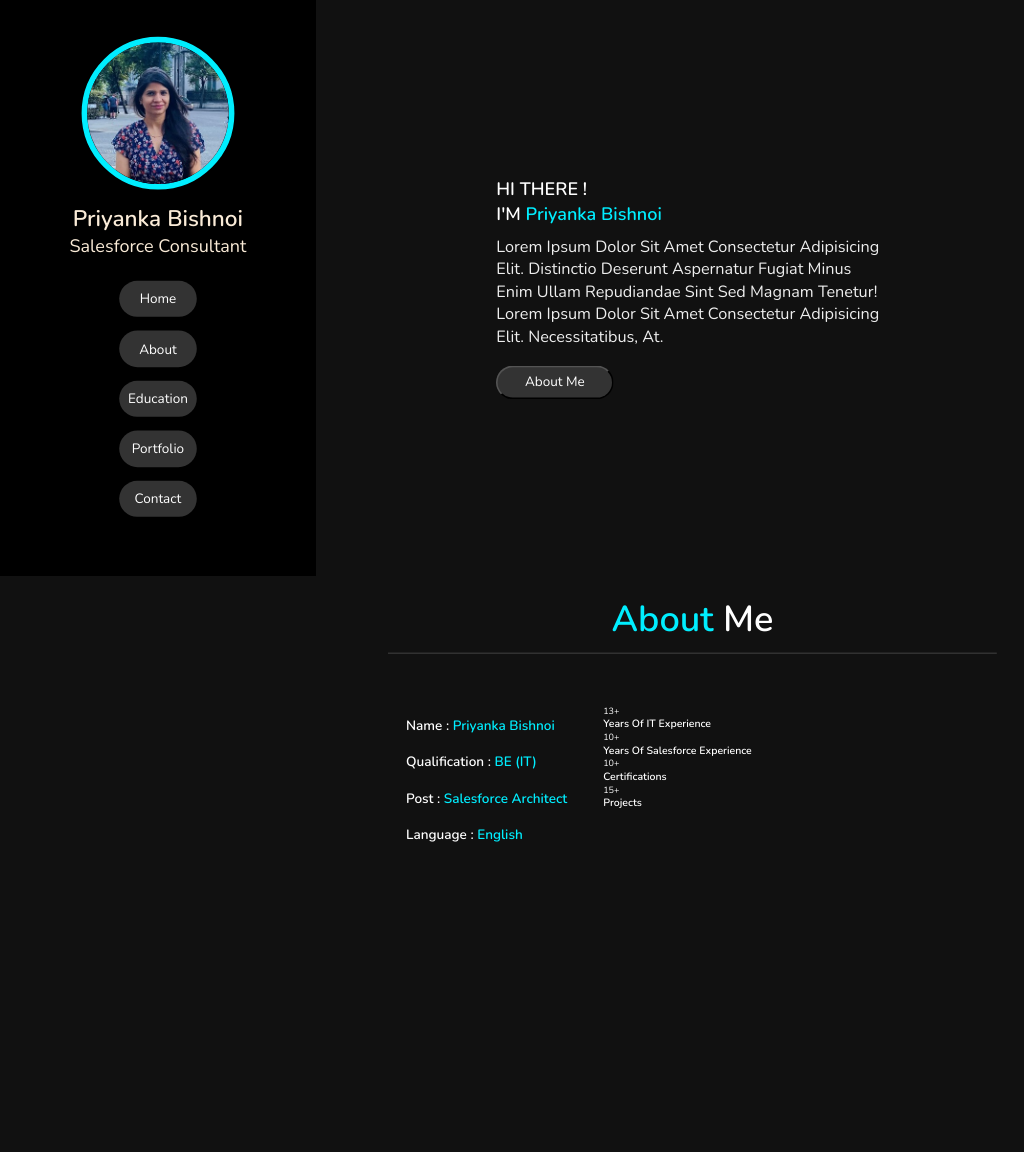
Repository: priyanka-bishnoi/PortfolioPage
Page: MyPage.html
An editor plug-in stored every save of this project. The page is shown before and after the next save, followed by the edit.
The browser window is 1280 px wide. The pictures show the whole page, at 80% of full size.

Above is the page before, as saved 2022-10-08 23:04:30.

### MyPage.html
<!DOCTYPE html>
<html>
<head>
    <link rel="stylesheet" href="css/style.css">

</head>
<body>
<header>
    <div class= "user">
        <img src="Background1.jpg"/>
        <h1 class="name" >Priyanka Bishnoi</h1>
        <p class="post" >Salesforce Consultant</p>
    </div>

    <nav class="navBar">
        <ul>
            <li> <a href="#home">Home</a></li>
            <li> <a href="#about">About</a></li>
            <li> <a href="#education">Education</a></li>
            <li> <a href="#portfolio">Portfolio</a></li>
            <li> <a href="#contact">Contact</a></li>

        </ul>


    </nav>


</header>

<!-- Home-->

<section class="home" id="home">

    <h3>HI THERE !</h3>
    <h1>I'M <span>Priyanka Bishnoi</span></h1>
    <p>Lorem ipsum dolor sit amet consectetur adipisicing elit. Distinctio deserunt aspernatur fugiat minus enim ullam repudiandae sint sed magnam tenetur! Lorem ipsum dolor sit amet consectetur adipisicing elit. Necessitatibus, at.
    </p>
    <a href="#about"><button class="btn">about me </button></a>


</section>

<section class="about" id="about">
<h1 class="heading"> <span>About </span>Me</h1>

<div class="row">
    <div class="info">
        <h3>  name : <span> priyanka bishnoi </span></h3>
        <h3> qualification :  <span> BE (IT) </span> </h3>
        <h3>  post : <span>Salesforce Architect </span>  </h3>
        <h3> language :<span> English  </span>  </h3>
    </div>

    <div class="counter">
        <div class="box">
            <span>13+</span>
            <h3>years of IT experience</h3>
        </div>

        <div class="box">
            <span>10+</span>
            <h3>years of Salesforce Experience</h3>
        </div>

        <div class="box">
            <span>10+</span>
            <h3>Certifications</h3>
        </div>

        <div class="box">
            <span>15+</span>
            <h3>Projects</h3>
        </div>
    </div>
</div>



</section>

</body>
</html>

### css/style.css
@import url('https://fonts.googleapis.com/css2?family=Nunito:wght@200;300;400;600&display=swap');
:root{
    --orange:rgb(0, 238, 255);
}
*{
    font-family: 'Nunito', sans-serif;
    margin:0;
    padding:0;
    box-sizing:border-box;
    text-decoration:none;
    text-transform:capitalize;
    transition:all .2s linear;
}
html {
    font-size:70.5%;
    overflow-x:hidden;
}
body{
    background:#111;
    overflow-x: hidden;
    padding-left: 40rem;
}

section{
    min-height: 100vh;
    padding:1rem;
}

.btn{
    padding:.7rem 3rem;
    background:#333;
    color:#fff;
    cursor: pointer;
    margin-top: 1rem;
    font-size: 1.5rem;
    border-radius: 5rem;
}

.btn:hover{
    background:var(--orange);
}

.heading{
    text-align: center;
    margin:0 2rem;
    font-size: 4rem;
    padding:1rem;
    border-bottom: .1rem solid #fff4;
    color:#fff;
}

.heading span{
    color:var(--orange);
}

header {
    position:fixed;
    top:0; left:0;
    z-index:1000;
    height:100%;
    width:35rem;
    background:black;
    display:flex;
    align-items: center;
    justify-content: center;
    flex-flow: column;
    text-align: center;
}

header .user img {
    height: 17rem;
    width: 17rem;
    border-radius: 50%;
    object-fit: cover;
    margin-bottom: 1rem;
    border: 0.7rem solid var(--orange);
}
header .user .name {
    font-size: 2.5rem;
    color: antiquewhite;
}
header .user .post{
    font-size: 2rem;
    color: antiquewhite;
}

header .navBar {
    font-size : 2rem;
}
header .navBar ul{
    list-style: none;
    padding:1rem 2rem;
}
header .navBar ul li a{
    display: block;
    padding:1rem;
    margin:1.5rem 0;
    background:#333;
    color:#fff;
    font-size: 1.5rem;
    border-radius: 5rem;
}

header .navBar ul li a:hover{
    background:rgb(0, 238, 255);
}


.home{
    display: flex;
    justify-content: center;
    flex-flow: column;
    padding:0 15rem;
}

.home h3{
    font-size: 2rem;
    color:#fff;
}

.home h1{
    font-size:2rem;
    color:#fff;
}

.home h1 span{
    color:var(--orange);
}

.home p{
    font-size:1.8rem;
    color:#eee;
    padding: 1rem 0;
}

.about {
 color:white;
}
.about .row {
    display: flex;
    justify-content: flex-start;
    flex-wrap: nowrap;
    padding: 1rem 0;
    flex-direction: row;
    align-content: space-around;
    align-items: center;
}
.about .row .info {

    display: block;
    justify-content: center;
    padding-left: 1rem;
    padding-top: 5rem;
    padding-right: 1rem;
    margin: 0 1rem;
    font-size: 1.5rem;

}
.about h3 span{
    color:var(--orange);
}
.about .row .info h3 {

    display: block;
    justify-content: center;
    padding: 1rem;
    margin: 0 1rem;
    font-size: 1.5rem;

}
.about .row .counter{
    display :block;
}

After the next save:
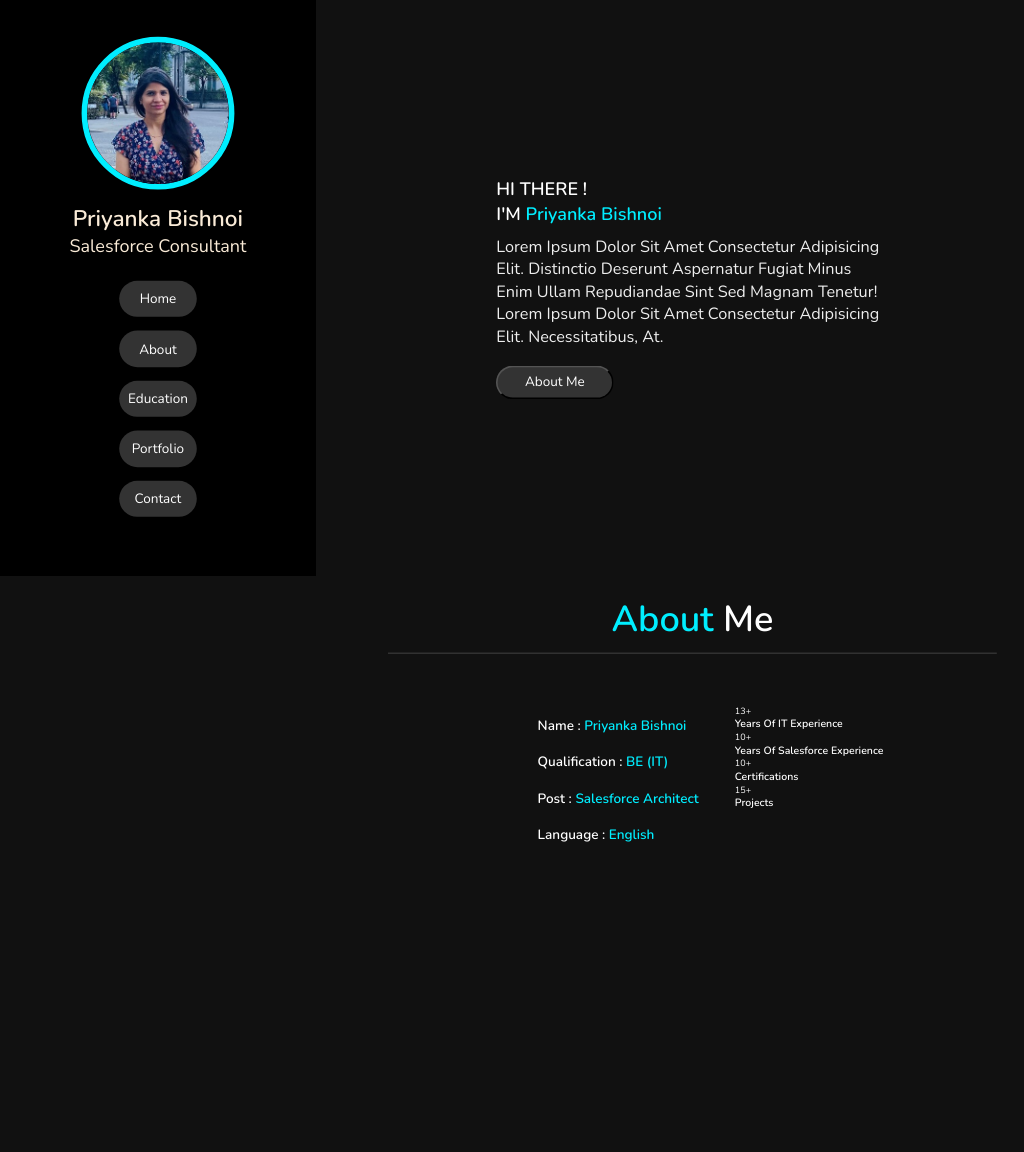
Saved 2 min 51 s later.
--- a/css/style.css
+++ b/css/style.css
@@ -138,11 +138,9 @@ header .navBar ul li a:hover{
 }
 .about .row {
     display: flex;
-    justify-content: flex-start;
-    flex-wrap: nowrap;
+    justify-content: center;
+    flex-wrap: wrap;
     padding: 1rem 0;
-    flex-direction: row;
-    align-content: space-around;
     align-items: center;
 }
 .about .row .info {
